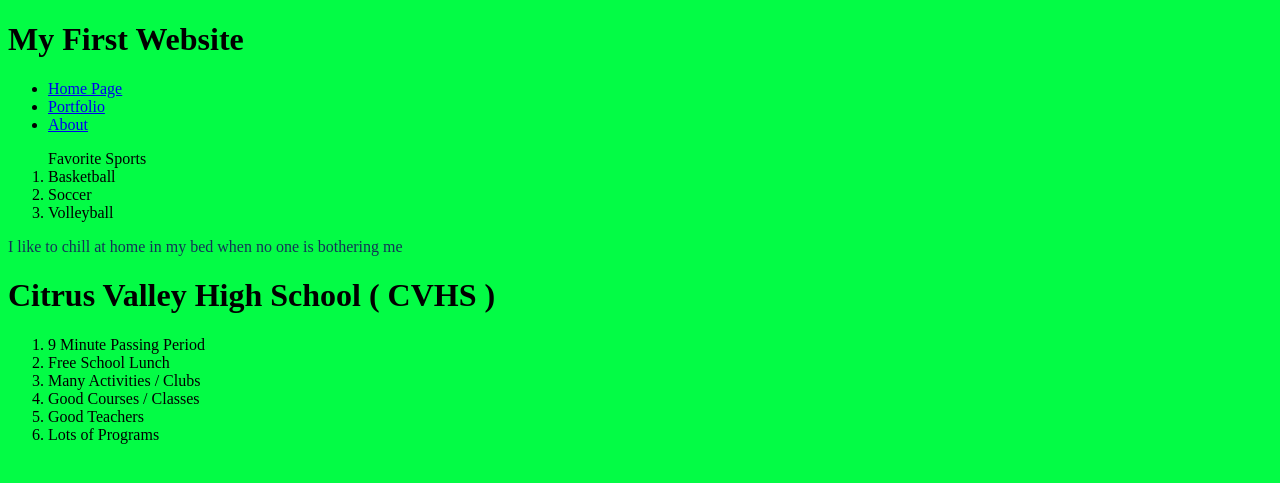
Repository: NawrasKassar/NawrasKassar.github.io
Page: index.html
The author's editor kept a record of every edit. The page is drawn from the files as they stood at one moment, then again after the next edit.
The browser window is 1280 px wide. The pictures show the whole page.

Above is the page before.

After the next edit:
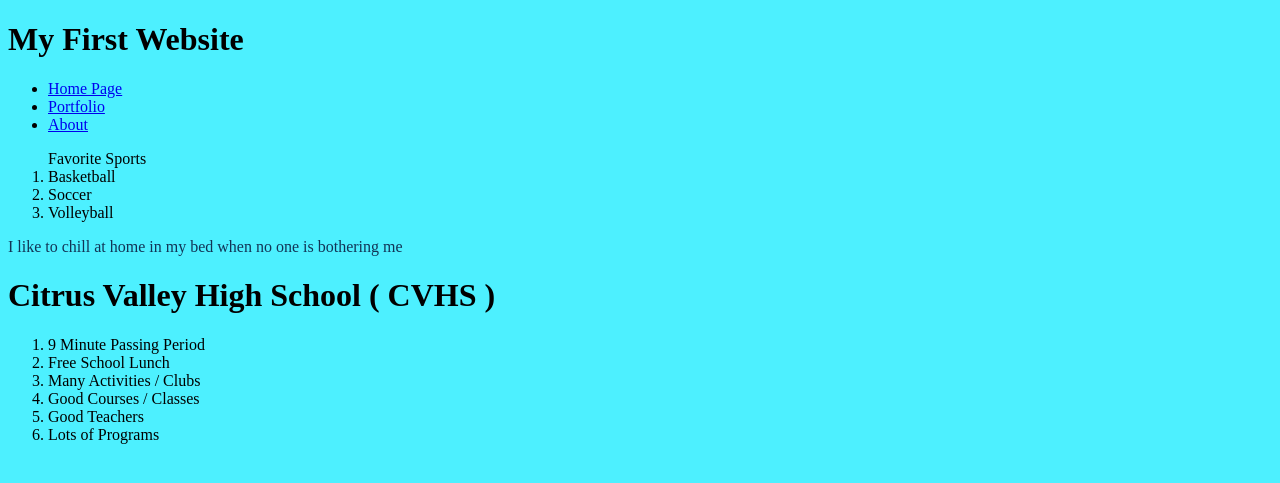
The edit:
--- a/styles/style.css
+++ b/styles/style.css
@@ -1,5 +1,5 @@
 body {
-    background-color: #03fc45;
+    background-color:#4df0ff;
 
 
 
